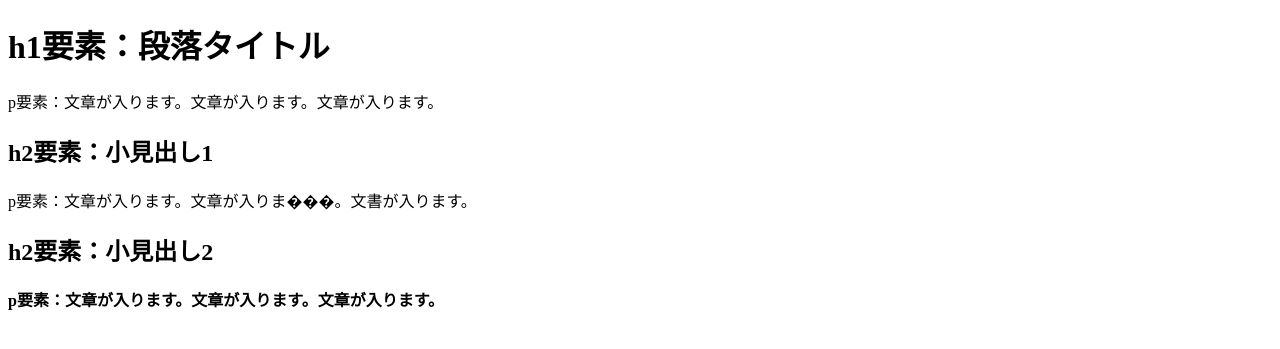
Repository: nagashimayosyun/samurai_HTML-CSS
Page: index.html
The author's editor kept a record of every edit. The page is drawn from the files as they stood at one moment, then again after the next edit.
The browser window is 1280 px wide. The pictures show the whole page.

Above is the page before.

### index.html
<!DOCTYPE html>
<html lang="ja">
<head>
    <meta charset="UTF-8">
    <title>HTML/SCCの学習</title>
</head>
<body>
    <h1 class="blue">h1要素：段落タイトル</h1>
    <p>p要素：文章が入ります。文章が入ります。文章が入ります。</p>
    <h2 class="blue">h2要素：小見出し1</h2>
    <P class="fs-25">
        p要素：文章が入ります。文章が入りま���。文書が入ります。
    </P>
    <h2 id="red">h2要素：小見出し2</h2>
    <p style="font-weight: bold;">
        p要素：文章が入ります。文章が入ります。文章が入ります。
    </p>
</body>
</html>

After the next edit:
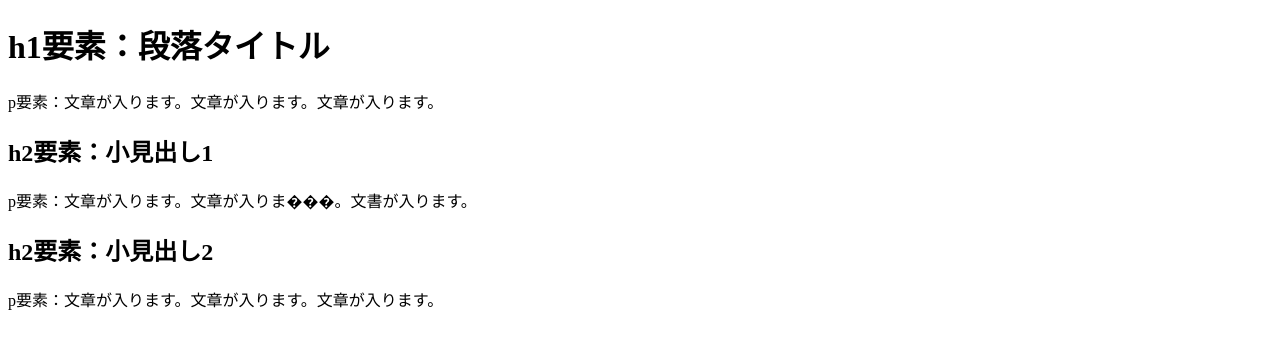
The edit:
--- a/index.html
+++ b/index.html
@@ -12,7 +12,7 @@
         p要素：文章が入ります。文章が入りま���。文書が入ります。
     </P>
     <h2 id="red">h2要素：小見出し2</h2>
-    <p style="font-weight: bold;">
+    <p class="fw-bold;">
         p要素：文章が入ります。文章が入ります。文章が入ります。
     </p>
 </body>
